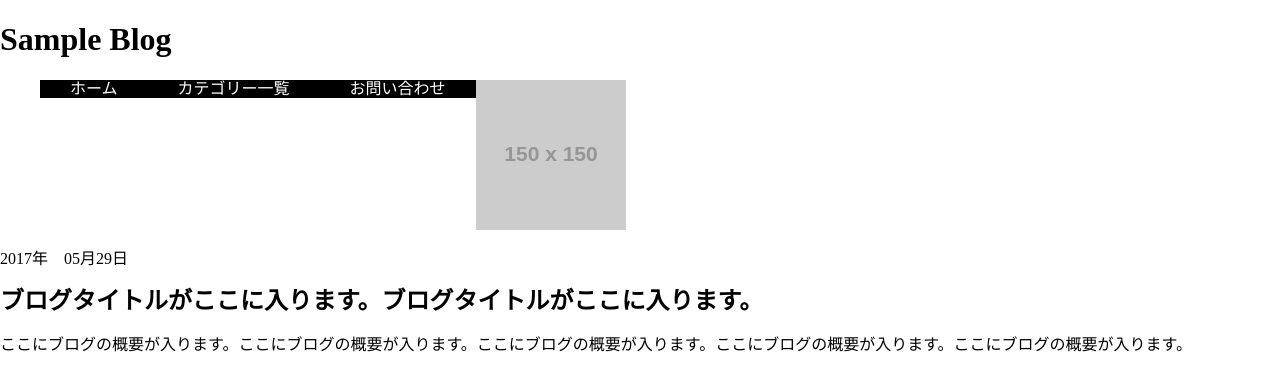
Repository: taka292/myview
Page: html/batty_coffee_stand/index.html
The author's editor kept a record of every edit. The page is drawn from the files as they stood at one moment, then again after the next edit.
The browser window is 1280 px wide. The pictures show the whole page.

Above is the page before.

### html/batty_coffee_stand/index.html
<!DOCTYPE HTML>
<html>
    <head>
        <meta charset="UTF-8">
         <title>Sample Blog</title>
        <link rel="stylesheet" href="css/normalize.css"/>
        <link rel="stylesheet" href="css/style.css"/>
    </head>
    <body>
   <header>
     <div class="title">
         <h1>Sample Blog</h1>
     </div>
     <div class="info">
         <ul>
             <li>ホーム</li>
             <li>カテゴリー一覧</li>
             <li>お問い合わせ</li>
         </ul>
     </div>
   </header>

   <main>
       <div class="left-contents">
           <div class="contents">
           <img src="https://placehold.jp/150x150.png">
           </div>
           <div class="contents">
               <div class="date">

                   <p>2017年　05月29日</p>
                </div>
               <h2>ブログタイトルがここに入ります。ブログタイトルがここに入ります。</h2>
               <div class="blog">
                   <p>ここにブログの概要が入ります。ここにブログの概要が入ります。ここにブログの概要が入ります。ここにブログの概要が入ります。ここにブログの概要が入ります。</p>
               </div>
            </div>
       </div>
   </main>
   <footer>

   </footer>
    </body>
</html>

### html/batty_coffee_stand/css/style.css
.header-logo {
  margin-left:auto;
  margin-right:auto;
  width:300px;
}
.info li{
  list-style-type:none;
  float:left;
  padding:0 30px;
  text-align:center;
}
.info li{
  background-color:black;
  color:white;
}

.header-navigation:after{
  clear:both;
  display:block;
  content:" ";
}

Loaded but not shown: html/batty_coffee_stand/css/normalize.css (library)

After the next edit:
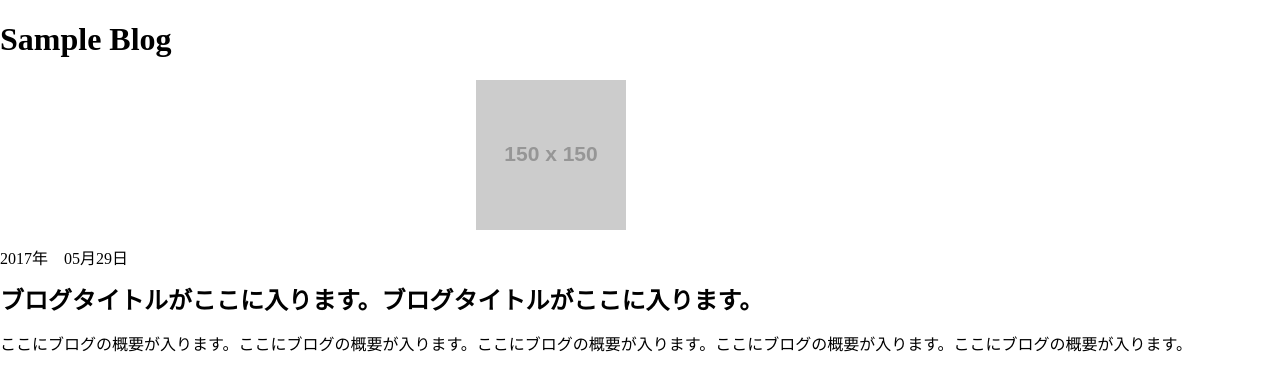
The edit:
--- a/html/batty_coffee_stand/css/style.css
+++ b/html/batty_coffee_stand/css/style.css
@@ -9,7 +9,7 @@
   padding:0 30px;
   text-align:center;
 }
-.info li{
+.info {
   background-color:black;
   color:white;
 }
